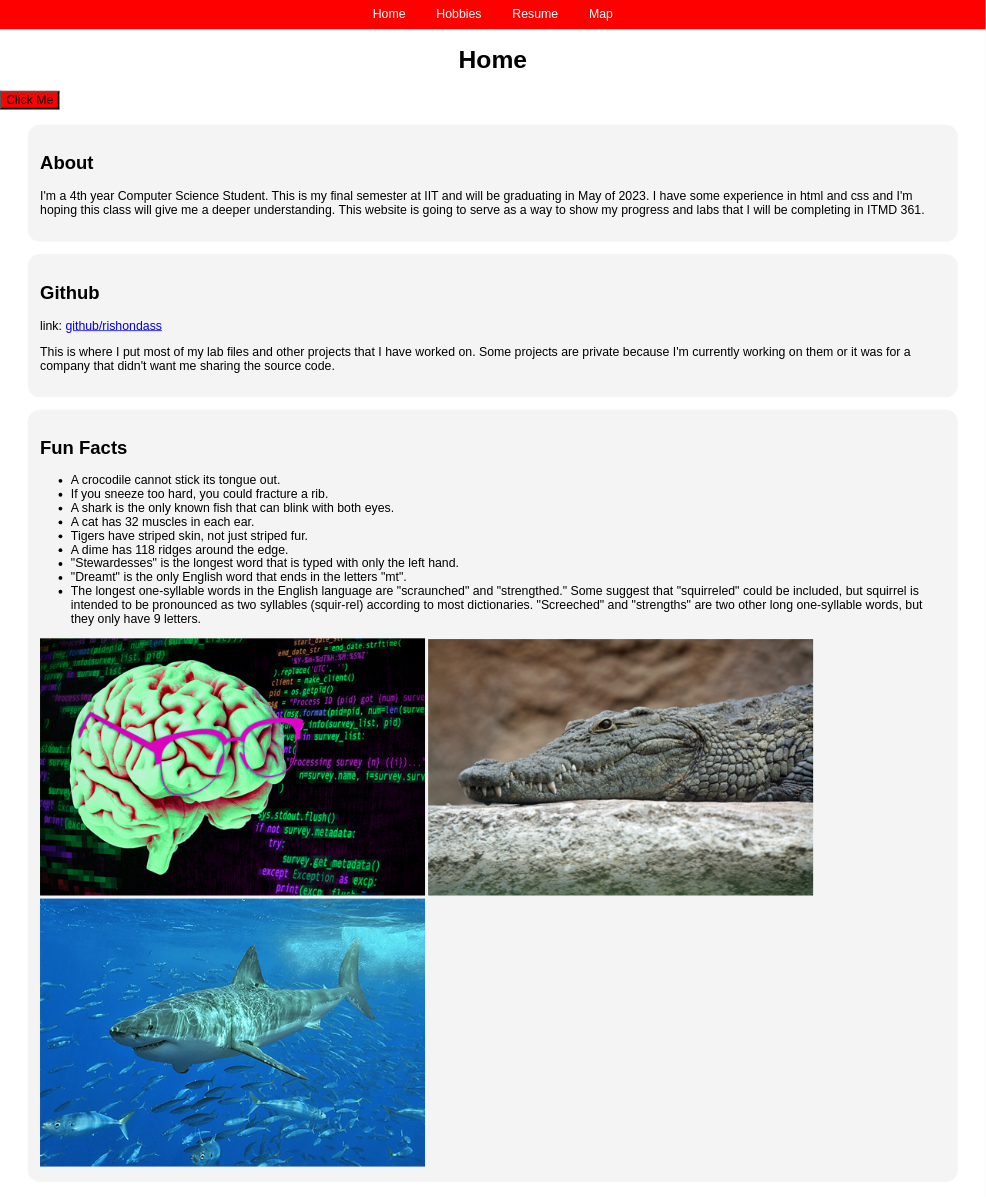
Repository: rishondass/ITMD361-Project3
Page: index.html
These files come from the project's save history. The page is drawn as it stood at one moment and after the next save; the edit follows.
The browser window is 1280 px wide. The pictures show the whole page, at 77% of full size.

Above is the page before, as saved 2023-04-28 18:01:45.

### index.html
<!DOCTYPE html>
<html lang="en">
<head>
  <meta charset="UTF-8">
  <meta name="viewport" content="width=device-width, initial-scale=1.0">
  <link rel="stylesheet" href="css/normalize.css">
  <link rel="stylesheet" href="css/style.css">
  <title>Home</title>
</head>
<body>
  <nav id="main-nav">
    <ul>
      <li>
        <a href="index.html">Home</a>
      </li>
      <li>
        <a href="hobbies.html">Hobbies</a>
      </li>
      <li>
        <a href="resume.html">Resume</a>
      </li>
      <li>
        <a href="map.html">Map</a>
      </li>
    </ul>
  </nav>
  <div id="hero-section">
    <h1 id="title">
      Home
    </h1>
    <button id="secretbutton">Click Me</button>
  </div>
  <div id="main-container">
    <div id="about-section">
      <h2>
        About
      </h2>
      <p>
        I'm a 4th year Computer Science Student. This is my final semester at IIT and will be graduating in May of 2023. I have some experience in html and css and I'm hoping this class will give me a deeper understanding. This website is going to serve as a way to show my progress and labs that I will be completing in ITMD 361.
      </p>
    </div>
    <div id="github-section">
      <h2>
        Github
      </h2>
      <p>
        link: <a target="_blank" href="https://www.github.com/rishondass">github/rishondass</a>
      </p>
      <p>
        This is where I put most of my lab files and other projects that I have worked on. Some projects are private because I'm currently working on them or it was for a company that didn't want me sharing the source code.
      </p>
    </div>
    <div id="funfactions-section">
      <h2>
        Fun Facts
      </h2>
      <ul>
        <li>
          A crocodile cannot stick its tongue out.
        </li>
        <li>
          If you sneeze too hard, you could fracture a rib.
        </li>
        <li>
          A shark is the only known fish that can blink with both eyes.
        </li>
        <li>
          A cat has 32 muscles in each ear.
        </li>
        <li>
          Tigers have striped skin, not just striped fur.
        </li>
        <li>
          A dime has 118 ridges around the edge.
        </li>
        <li>
          "Stewardesses" is the longest word that is typed with only the left hand.
        </li>
        <li>
          "Dreamt" is the only English word that ends in the letters "mt".
        </li>
        <li>
          The longest one-syllable words in the English language are "scraunched" and "strengthed." Some suggest that "squirreled" could be included, but squirrel is intended to be pronounced as two syllables (squir-rel) according to most dictionaries. "Screeched" and "strengths" are two other long one-syllable words, but they only have 9 letters.
        </li>
      </ul>
      <img src="images/code.jpg" alt="image_of_code">
      <img src="images/nile_crocodile_head.jpg" alt="image_of_crocodile">
      <img src="images/white_shark.jpg" alt="image_of_shark">
    </div>
  </div>
</body>
</html>

### css/style.css
#main-nav{
    background-color: red;
    overflow: hidden;
}

#main-nav ul{
    list-style-type: none;
    padding: 0;
    margin: 0;
    display: flex;
    justify-content: center;
}

#main-nav a{
   display: block;
   padding: 10px 20px;
   text-decoration: none;
   color: white;
}


#main-nav a:hover{
    background-color: rgb(255, 255, 255);
    color:black;
}

#main-container{
    margin: 20px;
}

/*
To be added
#hero-section{
    width: 100%;
    height: 100vh;
    background-color:rgb(15, 92, 207);
} */

#title{
    text-align: center;
}

#about-section{

}

#main-container div{
    margin: 1rem;
    border-radius: 1rem;
    padding: 1rem;
    background-color:rgb(245, 244, 244);
}

.container-objects{
    margin: 1rem;
    border-radius: 1rem;
    padding: 1rem;
    background-color:rgb(245, 244, 244);
}

.hobbies-images{
    width: 300px;
}

.hobbies-videos{
    width: 500px;
}



.hobby-container-item{
    float: left;
    background-color:rgb(245, 244, 244);
}


#map {
  display: flex;
  justify-items: center;
  height: 800px;
  width: 80%;
  margin: 10px auto;
}

@media screen and (max-width:390px) {
  .container-objects{
    background-color: red;
    color: white;
    text-align: center;
    padding: 12px;
    height: 500px;
  }
}

@media screen and (max-width:820px) and (min-width:390px) {
  .container-objects{
    background-color: rgb(212, 0, 255);
    color: white;
    text-align: right;
    height: 300px;
    padding: 10px;
  }
}

#secretbutton{
    background-color:red;
}

Loaded but not shown: css/normalize.css (library)

After the next save:
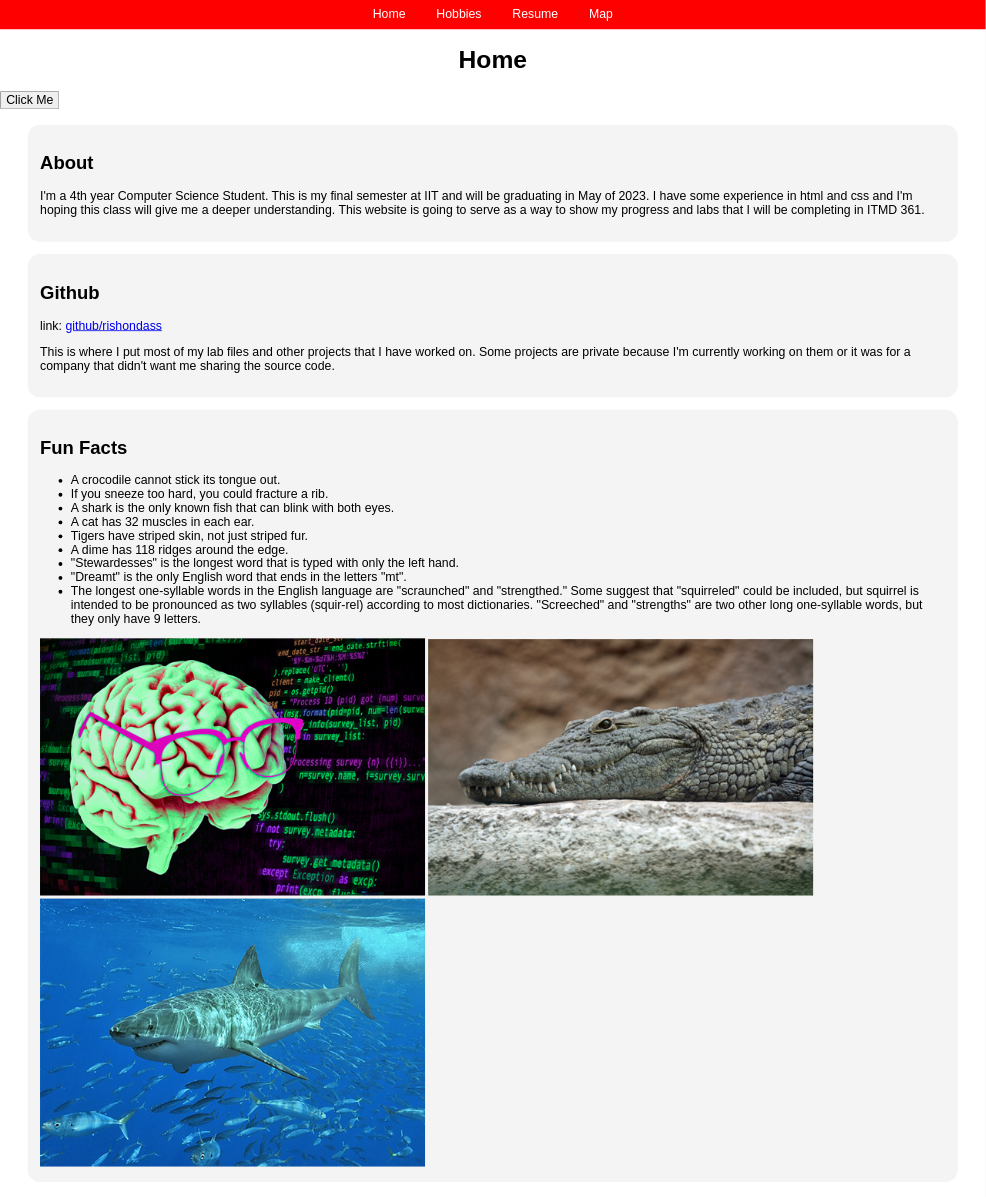
Saved 5 s later.
--- a/css/style.css
+++ b/css/style.css
@@ -103,5 +103,5 @@ To be added
 }
 
 #secretbutton{
-    background-color:red;
+
 }
